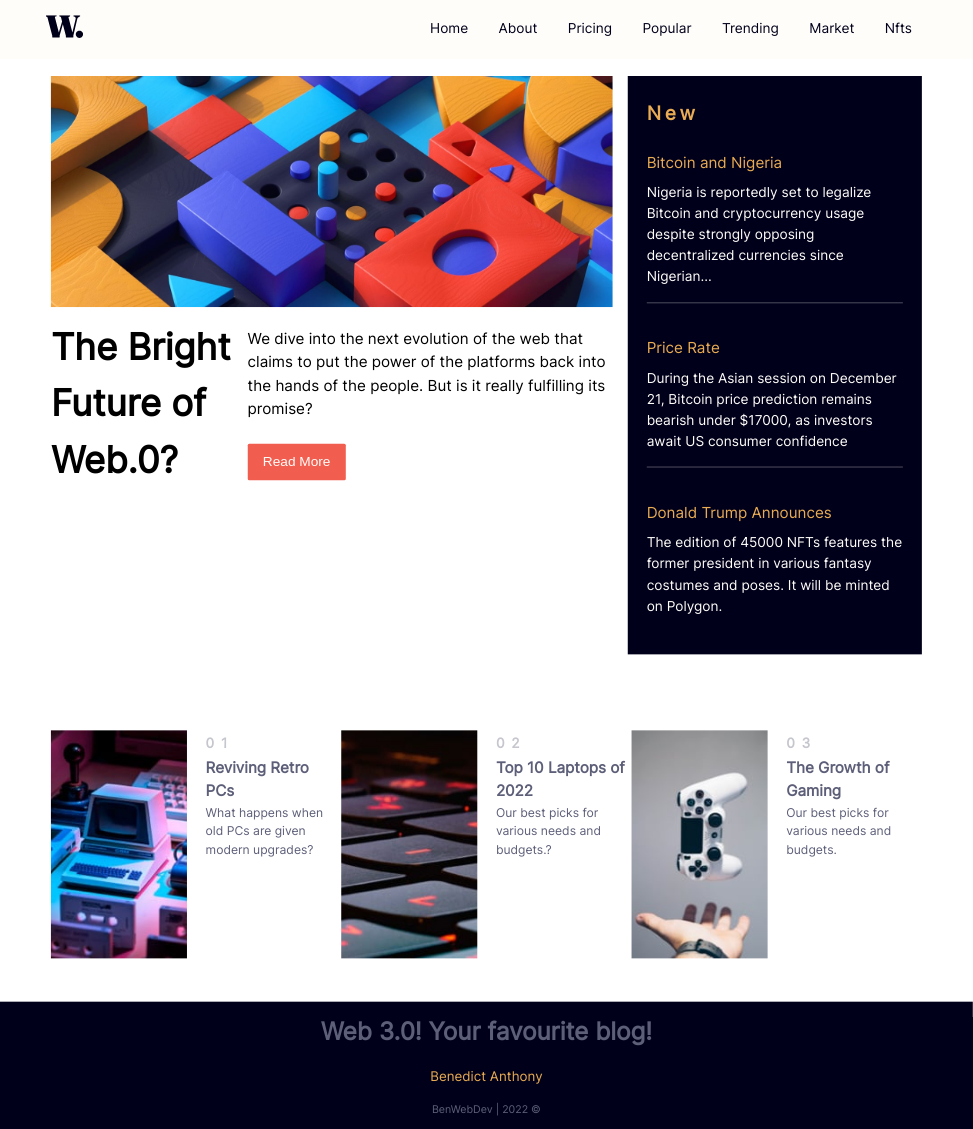
Repository: Benedict-Anthony/web3.0-blog-chain
Page: /
These files come from the project's save history. The page is drawn as it stood at one moment and after the next save; the edit follows.
The browser window is 1280 px wide. The pictures show the whole page, at 76% of full size.
The project was rebuilt for these pictures with package versions that can differ from the ones it lists, and the page was loaded fresh each time. The framework's server and built-in components were replaced by stand-ins that run in the browser. Also part of the build but not shown: next.config.js, styles/styles.css.

Above is the page before, as saved 2022-12-23 01:31:40.

### pages/_app.tsx
import '../styles/globals.scss'
import type { AppProps } from 'next/app'
import NavBar from '../components/NavBar'
import "@/styles/styles.css"
import { Footer } from 'components/Footer'
export default function App({ Component, pageProps }: AppProps) {
  return (
    <>
      <NavBar />
      <Component {...pageProps} />
      <Footer/>
    </>
  )
}

### pages/index.tsx
import Showcase from 'components/Showcase'
import Features from 'components/Features'
import Head from 'next/head'
import Image from 'next/image'
import styles from '../styles/Home.module.scss'
import Layout from 'components/Layout'


export default function Home() {
  return (

      <Layout title='Web 3.0 | Welcome' description='Web 3.0, latest cryptocurrency news and market data' keyword='Blockchain, coins, cryptocurrency, blog, bitcoin'>
        <Showcase/>
        <Features/>
      </Layout>

  )
}

### styles/globals.scss
:root{
  --SoftOrange: hsl(35, 77%, 62%);
  --SoftRed: hsl(5, 85%, 63%);

  --Red: hsl(0, 78%, 62%);
  --Cyan: hsl(180, 62%, 55%);
  --Orange: hsl(34, 97%, 64%);
  --Blue: hsl(212, 86%, 64%);

  --OffWhite: hsl(36, 100%, 99%);
  --GrayishBlue: hsl(233, 8%, 79%);
  --DarkGrayishBlue: hsl(236, 13%, 42%);
  --VeryDarkBlue: hsl(240, 100%, 5%);
}

@font-face{
  font-family: "Inter";
  src: url("/landing/assets/fonts/static/inter-Bold.ttf");
  src: url("/landing/assets/fonts/static/inter-ExtraBold.ttf");
  src: url("/landing/assets/fonts/static/inter-Regular.ttf");
}

*::after, *::before, *{
  padding: 0;
  margin: 0;
  box-sizing: border-box;
  transition: all .3s ease;
  line-height: 1.54em;
}


ul,li{
  list-style: none;
}

html{
  scroll-behavior: smooth;
}

body{
  font-family: "Inter";
}

.swiper {
    overflow: visible;
}

### components/NavBar.tsx
import React, { useEffect } from 'react'
import {useState} from "react"
import Image from 'next/image'
import Link from 'next/link';
import NavBarStyles from "@/styles/navBar.module.scss";
import { useRouter } from 'next/router';

const NavBar = () => {
  const [mobileActive, setMobileActive] = useState(false)
  const route = useRouter()

  useEffect(() => {
    setMobileActive(false)
  }, [route.pathname])
  return (

        <header className={NavBarStyles.header}>
          <nav className={NavBarStyles.nav}>
               <div className="logo">
                <Image src="/landing/assets/images/logo.svg" alt="" width={50} height={30} />
              </div>

              <ul style={{
                right: mobileActive ? "0" : "calc(100vw + 50px)"
              }}>
                  <li><Link href={"/"}>Home</Link></li>
                  <li><Link href={"/about"}>About</Link></li>
                  <li><Link href={"/pricing"}>Pricing</Link></li>
                  <li><Link href={"/popular"}>Popular</Link></li>
                  <li><Link href={"/trending"}>Trending</Link></li>
                  <li><Link href={"/market"}>Market</Link></li>
                  <li><Link href={"/nft"}>Nfts</Link></li>

              </ul>

                  <div className={NavBarStyles.toggler} onClick={() => setMobileActive(!mobileActive)}>
                      <Image src={`/landing/assets/images/${mobileActive ? "icon-menu-close.svg" : "icon-menu.svg"}`} alt="" width={25} height={20} />
            </div>

         </nav>
    </header>

  )
}

export default NavBar

### components/Footer.tsx
import React from 'react'
import Footerstyles from "@/styles/Footer.module.scss"
export const Footer = () => {
    const year = new Date().getFullYear()
  return (
    <footer className={Footerstyles.footer}>
        <h3>Web 3.0! Your favourite blog!</h3>
          <p>Benedict Anthony</p>
          <div>BenWebDev | { year} &copy;</div>
    </footer>
  )
}

### components/Showcase.tsx
import React from 'react'
import Image from 'next/image';
import ShowCaseStyles from "@/styles/showcase.module.scss"
import UtilsStyles from "@/styles/Utils.module.scss";
import Button from './Button';
import Link from 'next/link';


const Showcase = () => {
  return (
    <section>
          <div className={ShowCaseStyles.showcase}>
              <main className={ShowCaseStyles.main}>
                  <div className={ShowCaseStyles.showcaseImage}>
                      <img src={"/landing/assets/images/image-web-3-desktop.jpg"} alt=""  />
                  </div>
                  <article className={ShowCaseStyles.article}>
                      <h1>The Bright <br /> Future of <br /> Web.0?</h1>
                      <div>
                          <p>  We dive into the next evolution of the web that claims to put the power of the platforms back into the hands of the people.
                But is it really fulfilling its promise?</p>
                  <Link href={"/trending"}>
                      <Button title={"Read more"} />
                  </Link>
                      </div>
                  </article>
              </main>
              <aside className={ShowCaseStyles.aside}>
                  <h3>New</h3>

                  <div>
                      <article>
                        <h2>Bitcoin and Nigeria</h2>
                        <p>Nigeria is reportedly set to legalize Bitcoin and cryptocurrency usage despite strongly opposing decentralized currencies since Nigerian...</p>
                      </article>

                      <article>
                        <h2>Price Rate</h2>
                        <p>During the Asian session on December 21, Bitcoin price prediction remains bearish under $17000, as investors await US consumer confidence</p>
                      </article>

                      <article>
                        <h2>Donald Trump Announces </h2>
                        <p> The edition of 45000 NFTs features the former president in various fantasy costumes and poses. It will be minted on Polygon.</p>
                    </article>
                  </div>
              </aside>
          </div>
    </section>
  )
}

export default Showcase

### components/Features.tsx
import React from 'react'
import UtilsStyles from "@/styles/Utils.module.scss";
import FeatureStyles from "@/styles/Feature.module.scss"
import Image from 'next/image';

const Features = () => {
  return (
      <section className={UtilsStyles.spaceY}>
          <div className={FeatureStyles.features}>
              <article className={FeatureStyles.article}>
                  <div>
                    <Image width={300} height={300} objectFit="cover" src="/landing/assets/images/image-retro-pcs.jpg" alt="" />
                  </div>
                  <div>
                      <h4>01</h4>
                      <h2>Reviving Retro PCs</h2>
                      <p>What happens when old PCs are given modern upgrades?</p>
                  </div>
              </article>

              <article className={FeatureStyles.article}>
                  <div>
                    <Image width={300} height={300} objectFit="cover" src="/landing/assets/images/image-top-laptops.jpg" alt="" />
                  </div>
                  <div>
                      <h4>02</h4>
                      <h2>Top 10 Laptops of 2022</h2>
                      <p>Our best picks for various needs and budgets.?</p>
                  </div>
              </article >

              <article className={FeatureStyles.article}>
                  <div>
                    <Image width={300} height={300} objectFit="cover" src="/landing/assets/images/image-gaming-growth.jpg" alt="" />
                  </div>
                  <div>
                      <h4>03</h4>
                      <h2>The Growth of Gaming</h2>
                      <p>Our best picks for various needs and budgets.</p>
                  </div>
              </article>
          </div>
      </section>
  )
}

export default Features

### components/Layout.tsx
import React, { FC } from 'react'
import UtilsStyles from "@/styles/Utils.module.scss";
import {ReactNode} from "react"
import  Head  from 'next/head';

type layoutProps = {
  children: ReactNode,
  title: string
  description: string
  keyword: string
}
const Layout = ({children, title, description, keyword}:layoutProps) => {
  return (
    <>

      <Head>
        <title>{title}</title>
        <meta name='description' content={description} />
        <meta name='keywords' content={keyword} />
    </Head>
    <main className={UtilsStyles.container}>
      <section className={UtilsStyles.spaceY}>
        {children}
      </section>
      </main>
    </>
  )
}

export default Layout

### styles/navBar.module.scss
.header{
    position: fixed;
    top: 0;
    right: 0;
    left: 0;
    // max-width: 1160px;
    margin: 0 auto;
    padding: 20px;
     background-color: var(--OffWhite);
     z-index:10;
    //  box-shadow:  2px 1px 3px var(--DarkGrayishBlue);
}

.nav{
    display: flex;
    justify-content: space-between;
    align-items: center;
     max-width: 1160px;
    margin: 0 auto;

    .logo{
        width: 50px;
    }

    ul{
        display: flex;
        align-items: center;
        justify-content: space-between;

        li{
            margin: 0 20px;

            a{
                text-decoration: none;
                font-size: 18px;
                color: var(--VeryDarkBlue);
                font-family: "Inter";
                font-weight: 400;
                &:hover{
                    color: var(--SoftRed);
                    cursor: pointer;
                }
            }
        }
    }

    @media(max-width:767px) {
        ul{
            position: absolute;
            top: 0;
            width: 80%;
            background-color: var(--OffWhite);
            box-shadow: 2px 2px 3px var(--DarkGrayishBlue);
            height: 100vh;
            flex-flow: column;
            justify-content: center;
            align-items: flex-start;
            padding-left: 10px;

            li{
                margin: 20px 0;

                a{
                    font-size: 22px;
                }
            }

        }


    }
}



.toggler{
        display: none;


        @media(max-width:767px) {
            display: block;
            z-index: 10;
        }
    }

### styles/Footer.module.scss
.footer{
    display: flex;
    align-items: center;
    justify-content: center;
    flex-direction: column;
    gap: 20px;
    padding: 15px 5px;
    color: var(--DarkGrayishBlue);
    background-color: var(--VeryDarkBlue);
    margin-top: 30px;
    text-align: center;

    h3{
        // color:var(--Blue);
        font-size: 2rem;
    }
    p{
        color: var(--SoftOrange);
        font-size: 1.1rem;
    }

    div{
        // color: var(--SoftOrange);
        font-size: 14px;
    }
}

### styles/showcase.module.scss
.showcase{
    margin-top: 20px;
    display: flex;
    align-items: flex-start;
    justify-content: center;
    column-gap: 20px;


    @media(max-width:1160px){
        flex-direction: column;
    }
}

.main{
    display: flex;
    flex-flow: column;
    justify-content: center;
    align-items: flex-start;
    gap: 10px;
    width: 100%;


}

.showcaseImage{
    width: 100%;

    img{
        width: 100%;
    }
}

.article{
    display: flex;
    align-items: center;
    justify-content: space-between;
    width: 100%;
    gap: 20px;
    h1{
        font-size: 3rem;
        font-weight: 700;
        width: 100%;
    }

    div{
        display: flex;
        flex-flow: column;
        justify-content: center;
        align-items: flex-start;
        gap: 20px;

        p{
            font-size: 20px;
        }

    }

       @media(max-width:767px){
        flex-direction: column;
        justify-content: center;
        align-items: center;

        padding-bottom: 40px;

        h1{
            font-size: 3rem;
        }
    }
}

.aside{
    width: 50%;
    background-color: var(--VeryDarkBlue);
    padding: 10px 25px;
    color: var(--OffWhite);

    h3{
        color: var(--SoftOrange);
        padding: 20px 0;
        letter-spacing: 5px;
        font-size: 25px;
    }

    div{
        display: flex;
        align-items: flex-start;
        justify-content: space-between;
        flex-direction: column;
        gap: 15px;
        position: relative;

        article{
            margin-bottom: 40px;
            position: relative;

            &::after{
                content: "";
                width: 100%;
                height:.4px;
                margin-top: 2px;
                background-color: var(--OffWhite);
                position: absolute;
                bottom: -20px;
                opacity: .4;
            }

            &:last-child::after{
                display:none;
            }

            h2{
                font-size: 20px;
                padding: 10px 0;
                font-weight: 400;
                color: var(--SoftOrange);
                &:hover{
                    cursor: pointer;
                }
            }

            p{
                font-size: 18px;

            }
        }


    }


    @media(max-width:1160px){
        width: 100%;
        div{
            flex-direction: row;
            gap:0;
            column-gap: 30px;

            article{
                  &::after{
                display: none;
            }
                h2{
                    color:var(--SoftOrange);
                }
            }
        }
    }

    @media(max-width:767px){
        width: 100%;
        div{
            flex-direction: column;
            gap:0;
            column-gap: 30px;

            article{
                  &::after{
               display: block;
            }
                h2{

                    color:var(--SoftOrange);
                    // white-space: nowrap;
                }
            }
        }
    }


}

### components/Button.tsx
import React from 'react'
import ButtonbStyles from "@/styles/Button.module.scss"
type ButtonProps = {
    title:string
}
const Button = ({title}: ButtonProps) => {
  return (
    <button className={ButtonbStyles.button}>
      {title}
    </button>
  )
}

export default Button

### styles/Utils.module.scss
.container{
    max-width: 1160px;
    margin: 0 auto;
    overflow:hidden;
    padding: 0 7px;
}

.spaceY{
    padding-top: 2.5rem;
    margin-top: 2.5rem;
}

### styles/Feature.module.scss
.features{
    display: grid;
    grid-template-columns: repeat(auto-fit, minmax(20rem, 1fr));
    justify-content: space-between;
    align-items: center;
}

.article{
    display: flex;
    align-items: flex-start;
    justify-content: center;
    gap: 25px;
    margin:20px 0;
    width: 100%;

    div{
        width: 100%;
        img{
            width: 100%;
            object-fit:cover;
        }
    }

    div{

        h4{
            font-size: 18px;
            color: var(--GrayishBlue);
            padding: 3px 0;
            letter-spacing: .5em;
        }

        h2{
            color: var(--DarkGrayishBlue);
            font-size: 20px;
            font-weight: 600;
        }

        p{
            font-size: 16px;
            color: var(--DarkGrayishBlue);

        }
    }
}

### styles/Button.module.scss
.button{
    display: inline-block;
    color: var(--OffWhite);
    padding: 10px 20px;
    border: 0;
    background-color: var(--SoftRed);
    margin-top: 10px;
    font-size: 18px;
    border-radius: 2px;
    text-transform: capitalize;

    &:hover{
        cursor: pointer;
        background-color: var(--VeryDarkBlue);
    }
}

After the next save:
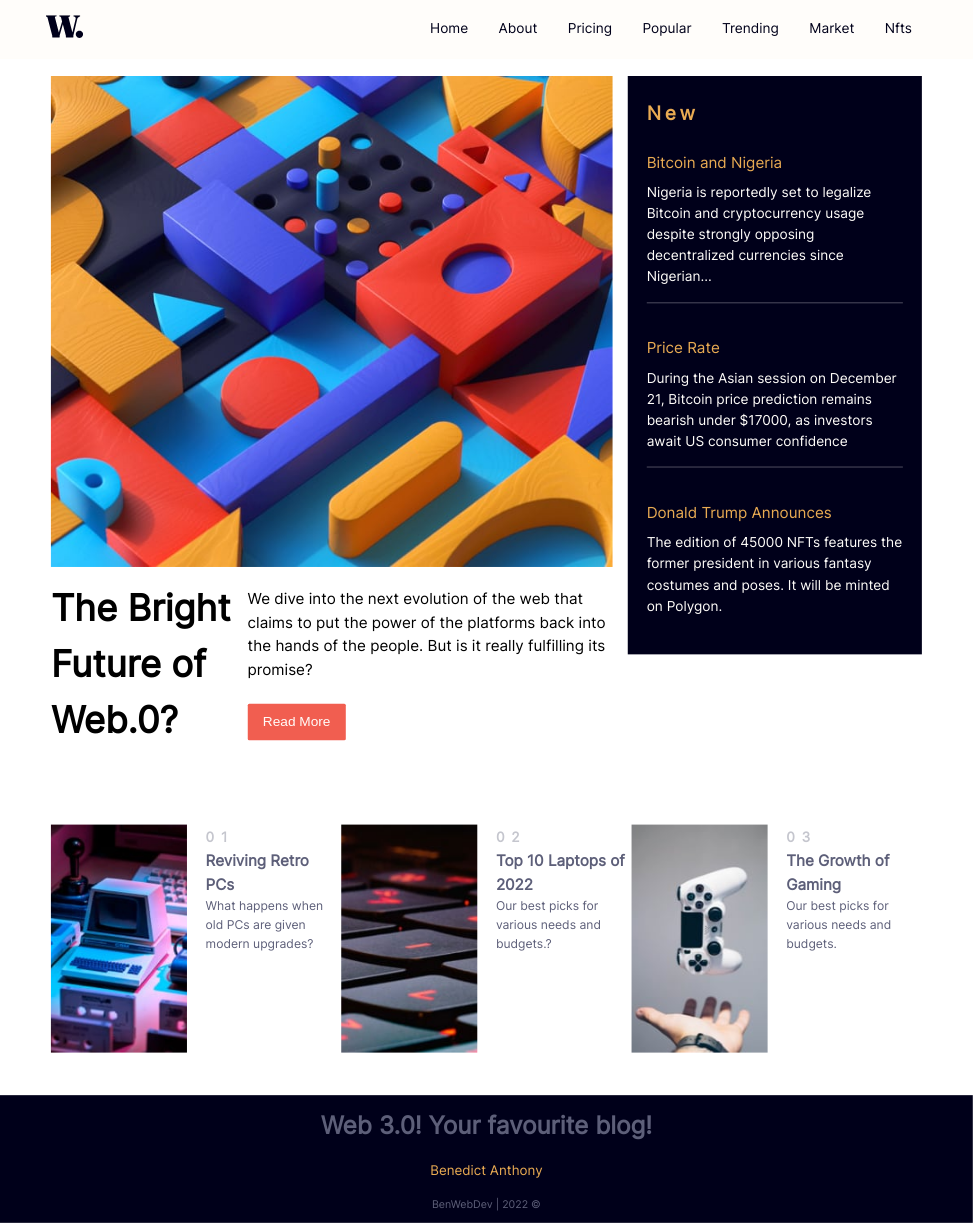
Saved 55 s later.
--- a/components/Showcase.tsx
+++ b/components/Showcase.tsx
@@ -12,7 +12,7 @@ const Showcase = () => {
           <div className={ShowCaseStyles.showcase}>
               <main className={ShowCaseStyles.main}>
                   <div className={ShowCaseStyles.showcaseImage}>
-                      <img src={"/landing/assets/images/image-web-3-desktop.jpg"} alt=""  />
+                      <img src={"/landing/assets/images/image-web-3-mobile.jpg"} alt=""  />
                   </div>
                   <article className={ShowCaseStyles.article}>
                       <h1>The Bright <br /> Future of <br /> Web.0?</h1>
